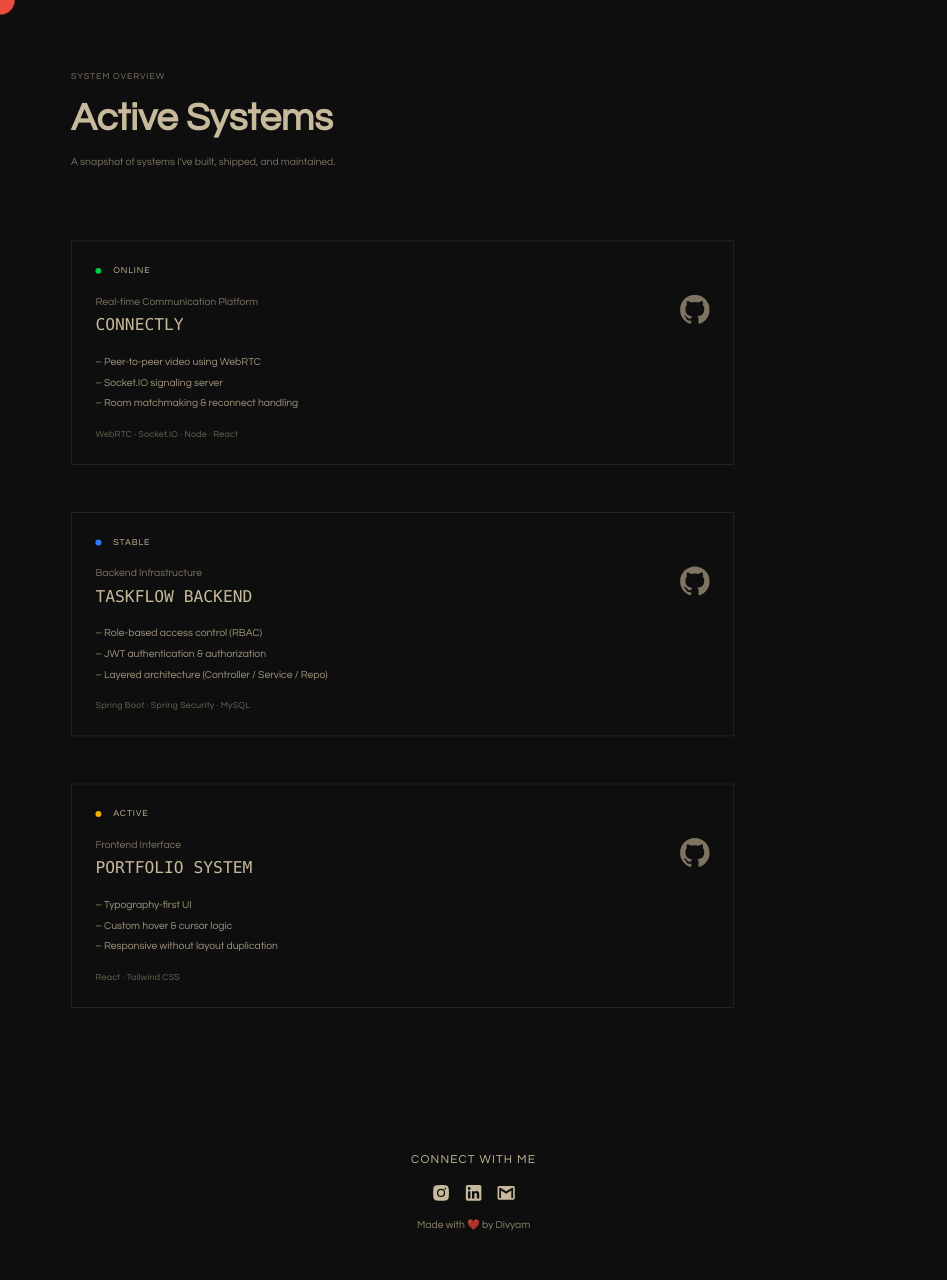
Repository: divyamGNH/DivyamPF
Page: /projects
An editor plug-in stored every save of this project. The page is shown before and after the next save, followed by the edit.
The browser window is 1280 px wide. The pictures show the whole page, at 74% of full size.
The project was rebuilt for these pictures with package versions that can differ from the ones it lists, and the page was loaded fresh each time. Also part of the build but not shown: vite.config.js, src/App.css, src/components/MaskLayer.jsx, src/pages/Landing.jsx, src/pages/topProjects.jsx, src/pages/Socials.jsx, src/pages/Navigations.jsx, src/animations/ScrolltoAnimate.jsx and 5 more.

Above is the page before, as saved 2025-12-21 03:15:21.

After the next save:
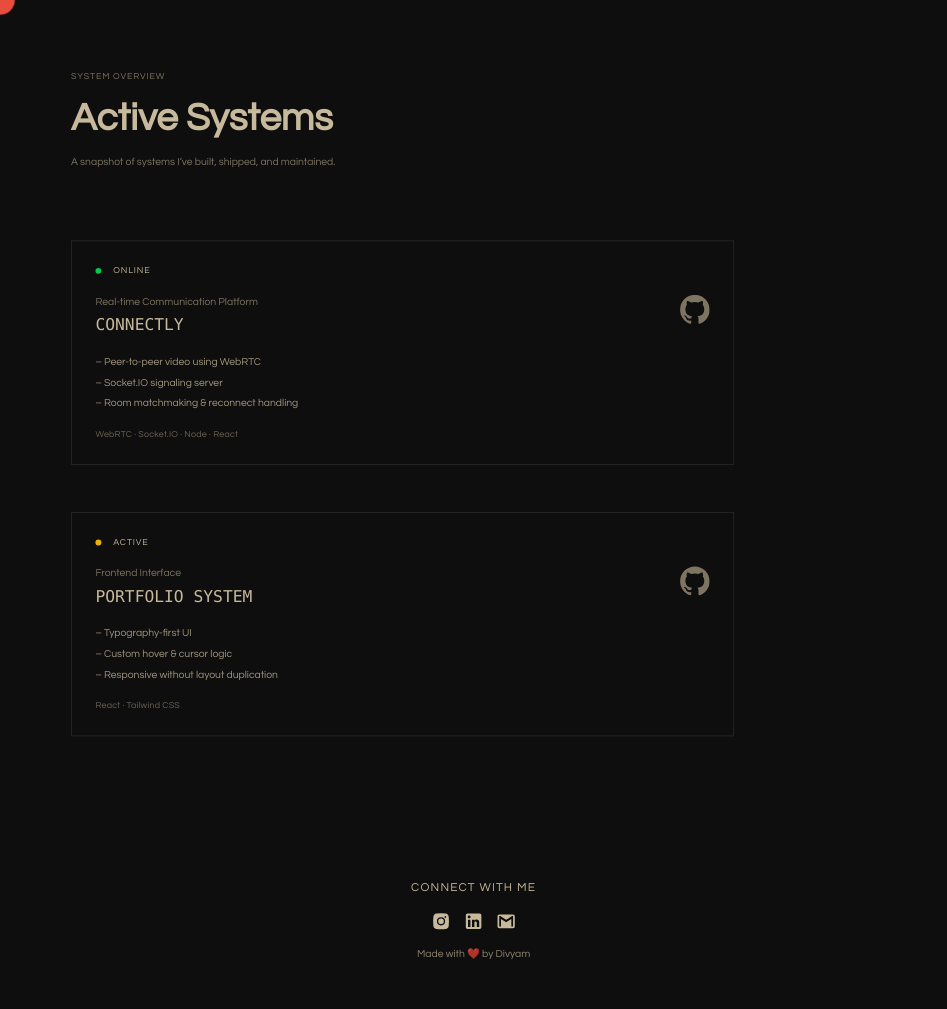
Saved 7 s later.
--- a/src/pages/Projects.jsx
+++ b/src/pages/Projects.jsx
@@ -35,21 +35,6 @@ function Projects() {
           stack="WebRTC · Socket.IO · Node · React"
           liveLink="https://your-live-link.com"
           githubLink="https://github.com/yourname/connectly"
-        />
-
-        <System
-          status="STABLE"
-          statusColor="bg-blue-500"
-          title="Backend Infrastructure"
-          name="TASKFLOW BACKEND"
-          details={[
-            "Role-based access control (RBAC)",
-            "JWT authentication & authorization",
-            "Layered architecture (Controller / Service / Repo)",
-          ]}
-          stack="Spring Boot · Spring Security · MySQL"
-          liveLink="https://your-live-link.com"
-          githubLink="https://github.com/yourname/taskflow-backend"
         />
 
         <System
